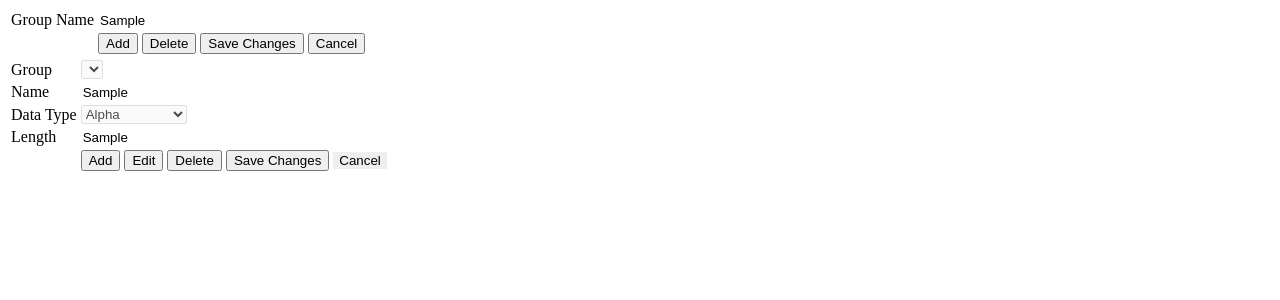
Repository: joliest/MyGits
Page: http://localhost/MiniTracker/Attribute.jsp
These files come from the project's save history. The page is drawn as it stood at one moment and after the next save; the edit follows.
The browser window is 1280 px wide. The pictures show the whole page.
Empty fields were first filled with sample values (such as "Sample", 5 or name@example.com).
After loading, the first visible `#editAttributeGroup` was clicked once.
Some web libraries are served in a nearby version. The page is served by Tomcat 9. Queries for data that is not in the repository find no rows.

Above is the page before, as saved 2017-10-26 18:37:42.

After the next save:
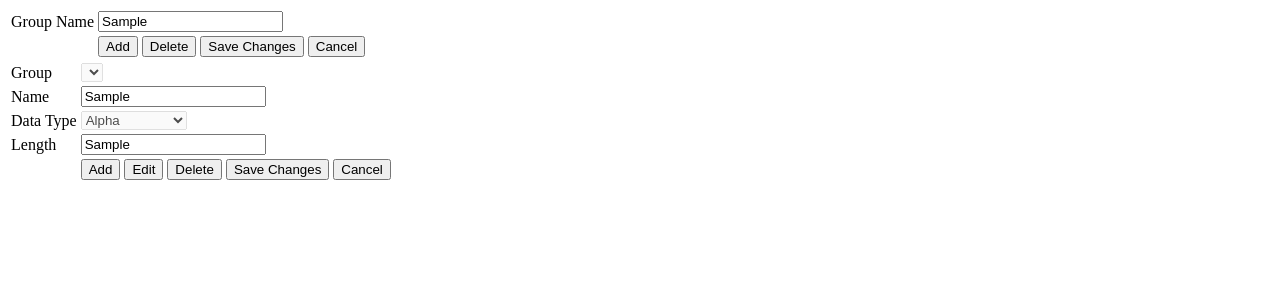
Saved 9 s later.
--- a/Java/Project_JIRA/MiniTracker/WebContent/js/Attribute.js
+++ b/Java/Project_JIRA/MiniTracker/WebContent/js/Attribute.js
@@ -118,7 +118,6 @@ $(document).ready(function(){
 
 	function disableTextFields() {
 		$(":text").attr("readonly", true);
-		$("input").css("border", "none");
 		$("select").attr("disabled", "disabled");
 		$("select").css("color", "black");
 
